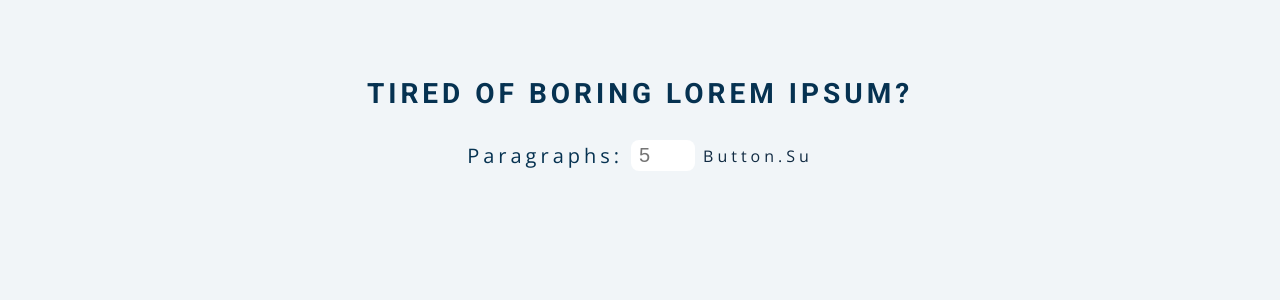
Repository: spidero7/Lorem-Ipsum-Generator
Page: index.html
The author's editor kept a copy of each file at every save. The page is drawn from the files as they stood at one save, then again after a run of saves.
The browser window is 1280 px wide. The pictures show the whole page.

Above is the page before, as saved 2021-10-21 07:11:53.

After the next 2 saves:
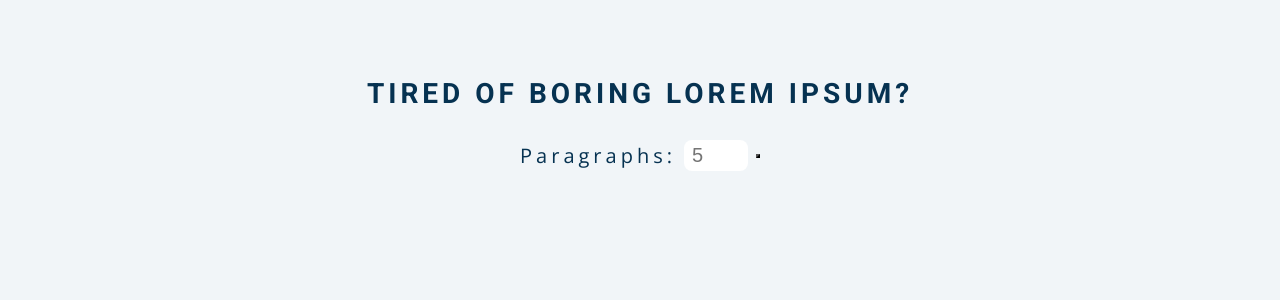
The 2 saves are shown as one change because they came seconds apart.
The last was saved 9 s later.
--- a/index.html
+++ b/index.html
@@ -14,7 +14,7 @@
       <form class="lorem-form">
         <label for="amount">paragraphs:</label>
         <input type="number" name="amout" id="amount" placeholder="5"/>
-        button.su
+        <button></button>
       </form>
     </section>
     <!-- javascript -->
